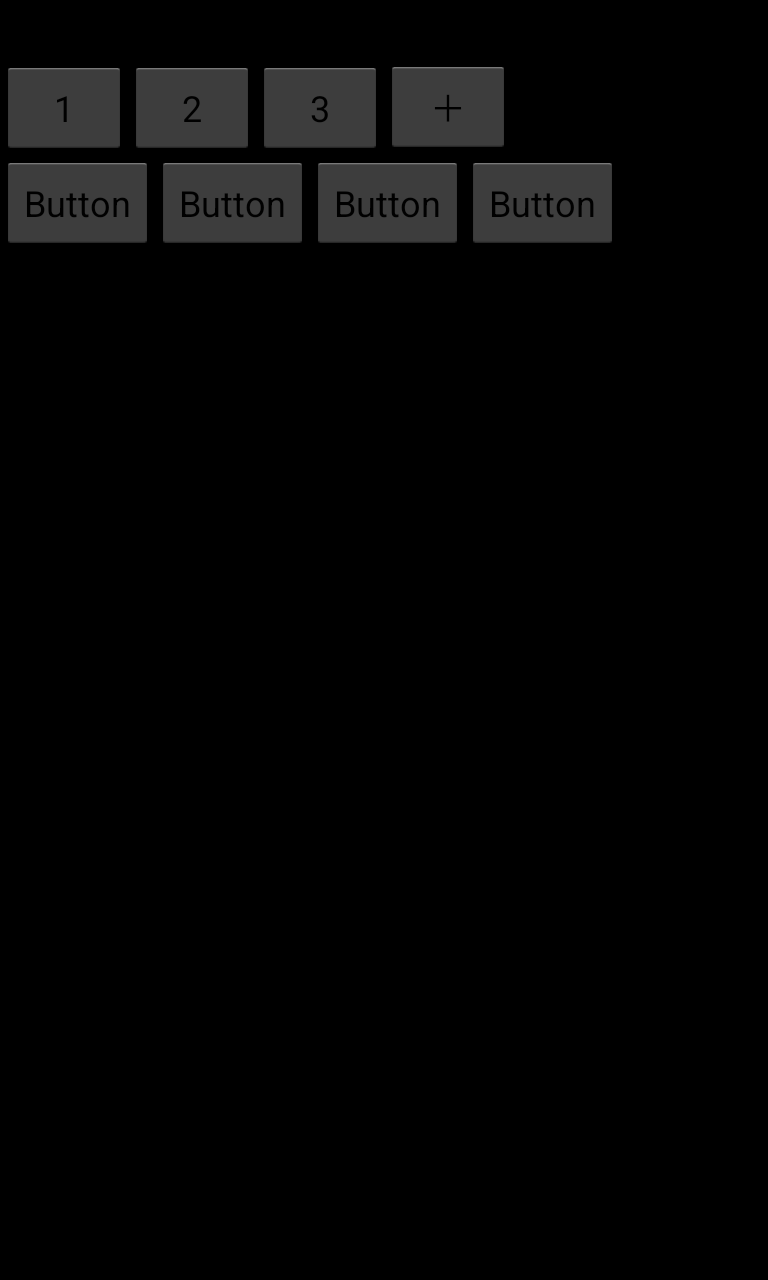
Repository: moetmd/learning-Android
Layout: Calculator/res/layout/activity_main.xml
An editor plug-in stored every save of this project. The layout is shown before and after the next save, followed by the edit.
It is drawn on a 768 x 1280 px phone screen (xhdpi) without system bars, with theme AppTheme; the app's code is not run.

Above is the layout before, as saved 2014-11-19 12:52:33.

After the next save:
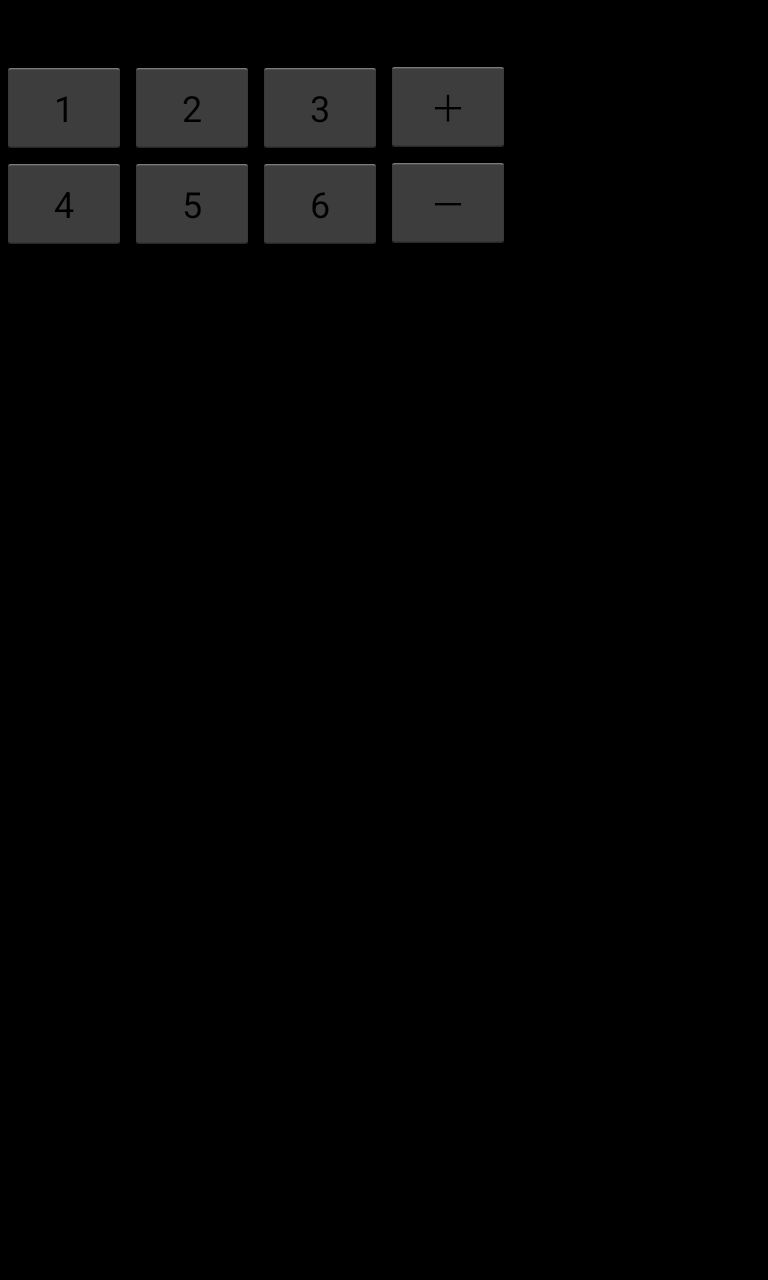
Saved 25 s later.
--- a/Calculator/res/layout/activity_main.xml
+++ b/Calculator/res/layout/activity_main.xml
@@ -59,25 +59,25 @@
                 android:id="@+id/button1"
                 android:layout_width="wrap_content"
                 android:layout_height="wrap_content"
-                android:text="Button" />
+                android:text="4" />
 
             <Button
                 android:id="@+id/button2"
                 android:layout_width="wrap_content"
                 android:layout_height="wrap_content"
-                android:text="Button" />
+                android:text="5" />
 
             <Button
                 android:id="@+id/button3"
                 android:layout_width="wrap_content"
                 android:layout_height="wrap_content"
-                android:text="Button" />
+                android:text="6" />
 
             <Button
                 android:id="@+id/button4"
                 android:layout_width="wrap_content"
                 android:layout_height="wrap_content"
-                android:text="Button" />
+                android:text="－" />
         </LinearLayout>
         <!-- 第二行数字键结束 -->
 
